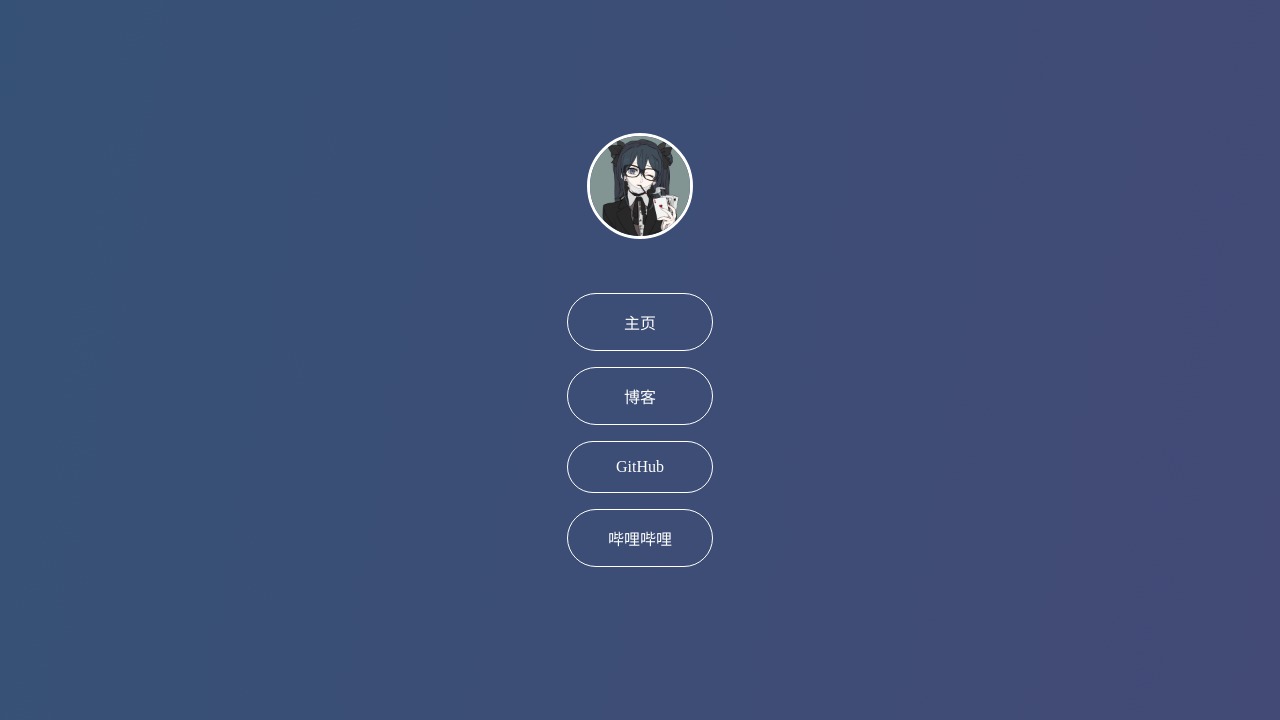
Repository: MarginLon/marginlon.github.io
Page: index.html
These files come from the project's save history. The page is drawn as it stood at one moment and after the next save; the edit follows.
The browser window is 1280 px wide. The pictures show the whole page.

Above is the page before, as saved 2022-09-24 09:48:08.

After the next save:
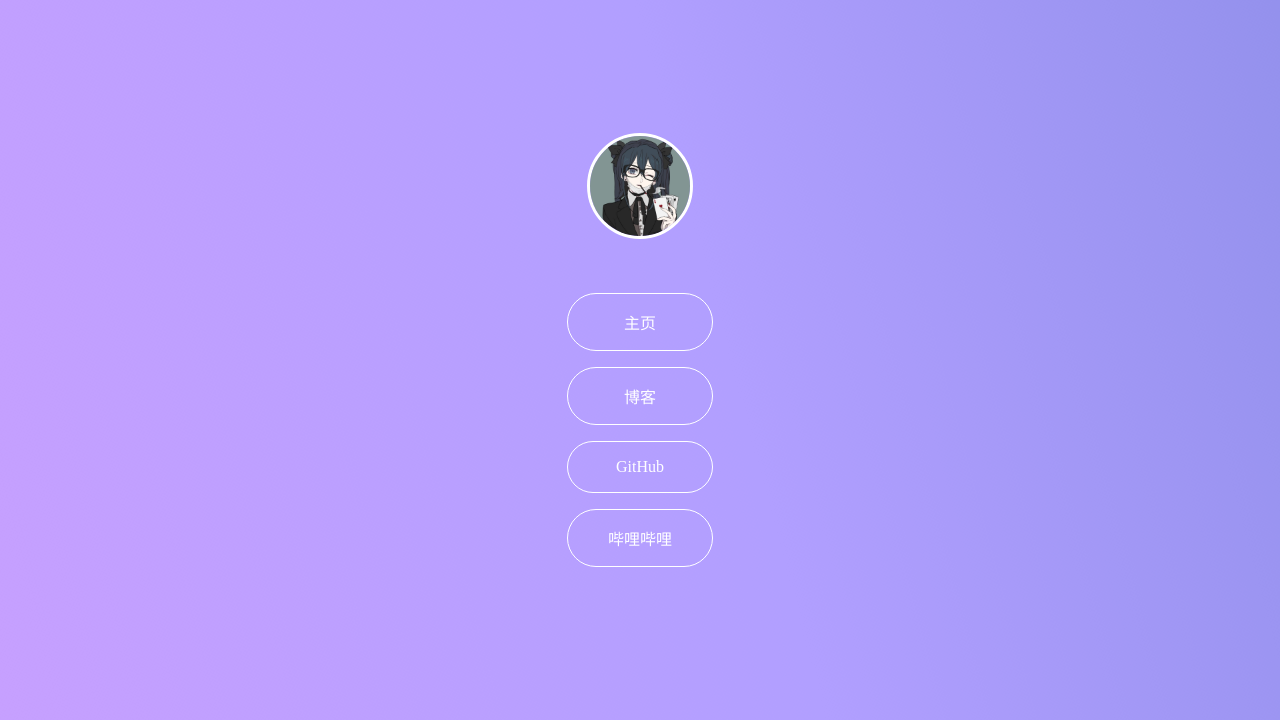
Saved 102 s later.
--- a/index.html
+++ b/index.html
@@ -56,6 +56,7 @@
             background-image: linear-gradient(-225deg, #2CD8D5 0%, #6B8DD6 48%, #8E37D7 100%);
             background-image: linear-gradient(to top, #0250c5 0%, #d43f8d 100%);
             background-image: linear-gradient(-20deg, #2b5876 0%, #4e4376 100%);
+            background-image: linear-gradient(-225deg, #5271C4 0%, #B19FFF 48%, #ECA1FE 100%);
         }
 
         @keyframes bg-rotate {

After the save that followed:
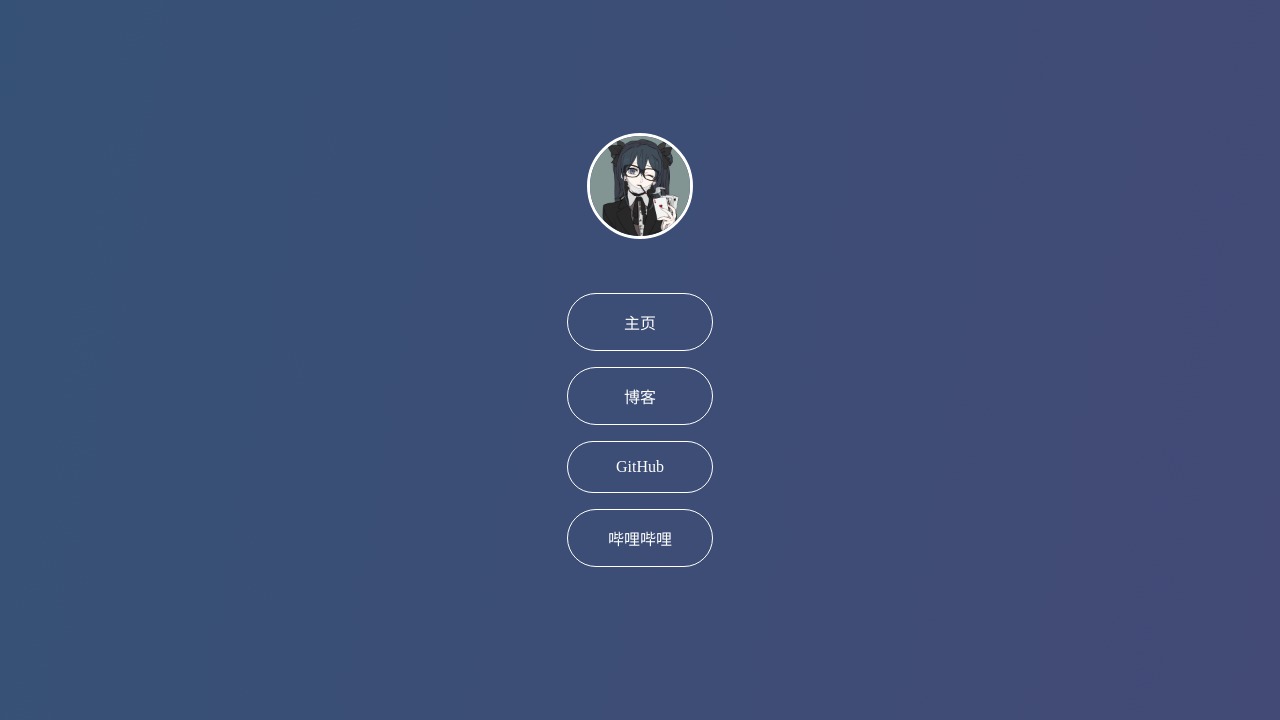
Saved 24 s later.
--- a/index.html
+++ b/index.html
@@ -56,7 +56,7 @@
             background-image: linear-gradient(-225deg, #2CD8D5 0%, #6B8DD6 48%, #8E37D7 100%);
             background-image: linear-gradient(to top, #0250c5 0%, #d43f8d 100%);
             background-image: linear-gradient(-20deg, #2b5876 0%, #4e4376 100%);
-            background-image: linear-gradient(-225deg, #5271C4 0%, #B19FFF 48%, #ECA1FE 100%);
+
         }
 
         @keyframes bg-rotate {
